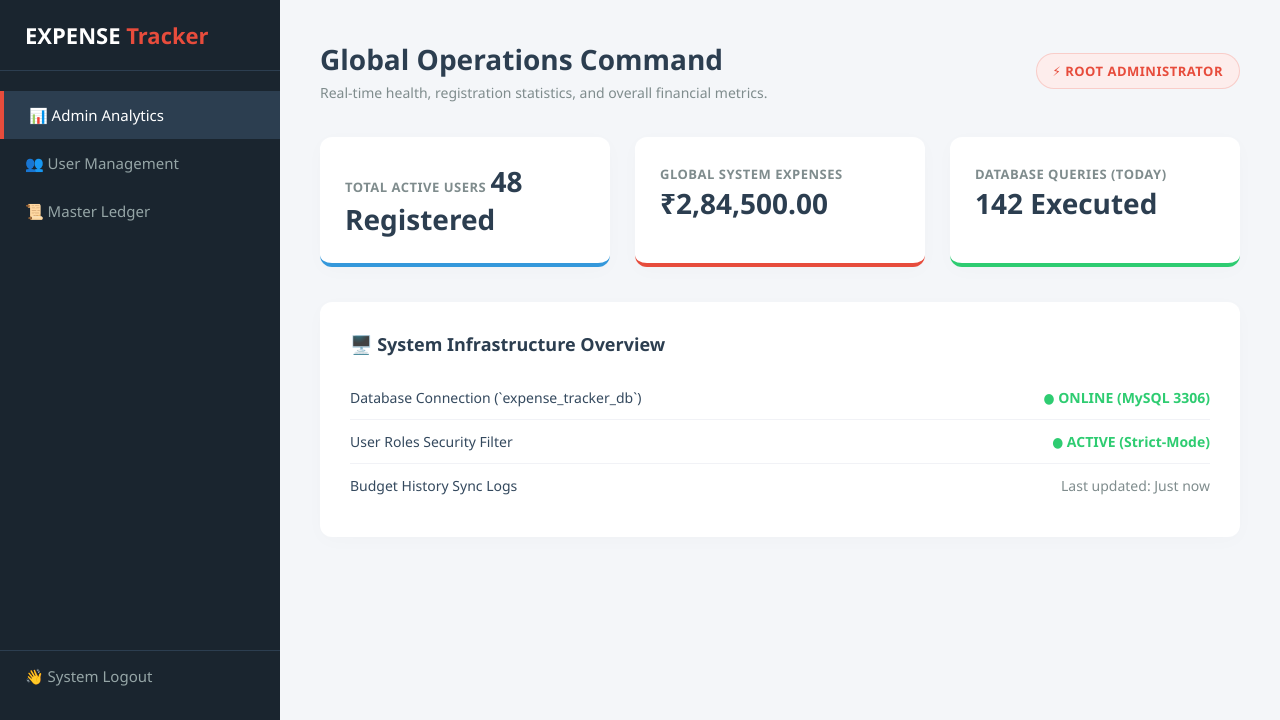
Repository: shambhavi4823/EXPENSE_TRACKER
Page: expense_frontend/admin_dashboard.html
The author's editor kept a copy of each file at every save. The page is drawn from the files as they stood at one save, then again after the next save.
The browser window is 1280 px wide. The pictures show the whole page.

Above is the page before, as saved 2026-07-21 11:02:29.

After the next save:
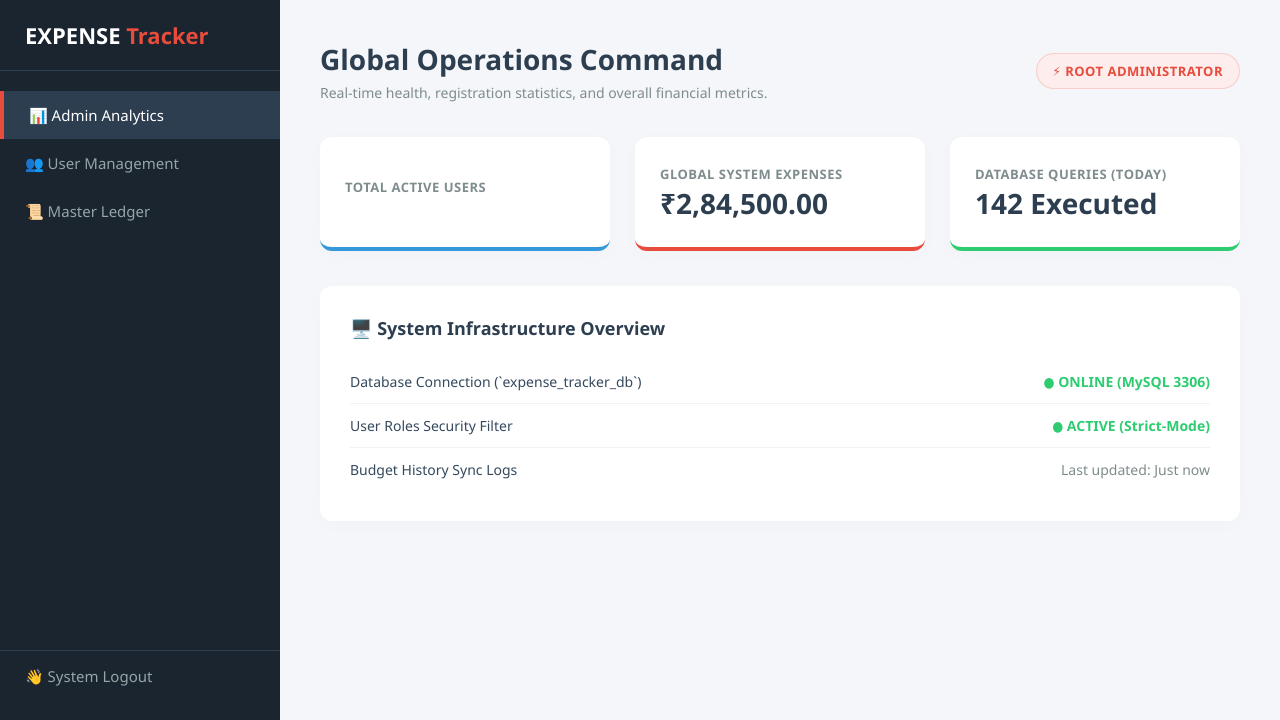
Saved 55 s later.
--- a/expense_frontend/admin_dashboard.html
+++ b/expense_frontend/admin_dashboard.html
@@ -202,7 +202,7 @@
         <div class="admin-cards">
             <div class="card users-card">
                 <span class="card-title">Total Active Users</span>
-                <span class="card-value">48 Registered</span>
+                <span class="card-value"></span>
             </div>
             <div class="card expense-card">
                 <span class="card-title">Global System Expenses</span>
